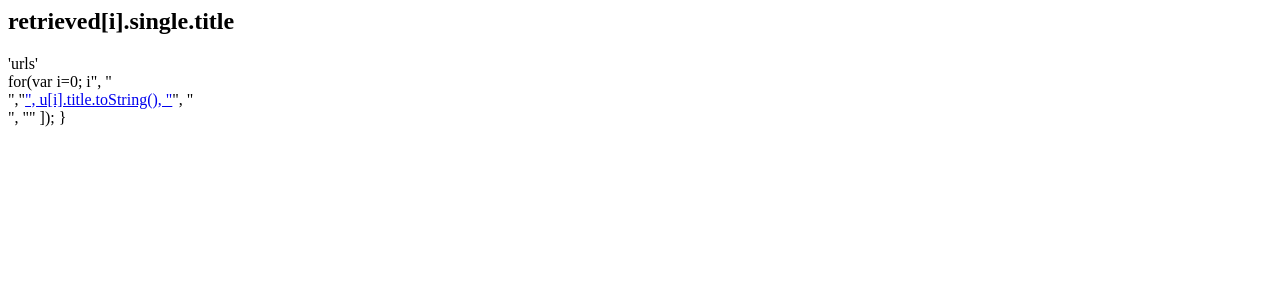
Repository: pixman92/GitTab
Page: testing.html
These files come from the project's save history. The page is drawn as it stood at one moment and after the next save; the edit follows.
The browser window is 1280 px wide. The pictures show the whole page.

Above is the page before, as saved 2020-01-29 21:42:48.

After the next save:
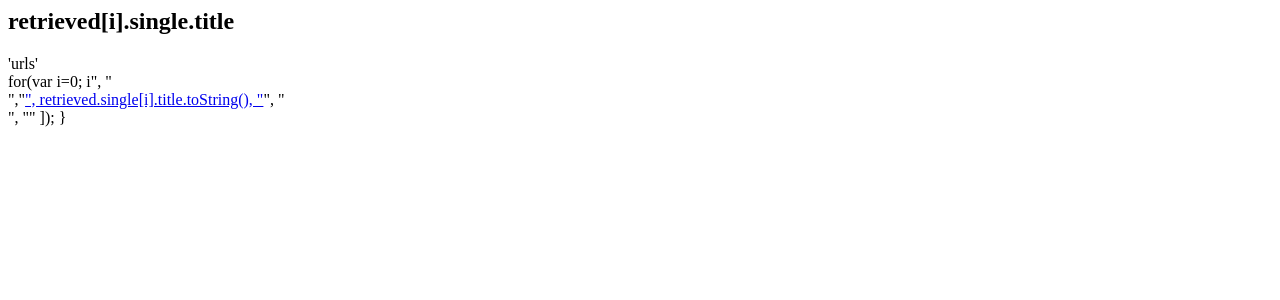
Saved 4 s later.
--- a/testing.html
+++ b/testing.html
@@ -10,5 +10,5 @@
 
 
 for(var i=0; i<retrieved.single.length; i++){
-    str+=makeStr(["<div>", "<div>","<a target='_blank'  href=\"", u[i].url.toString(), "\">", u[i].title.toString(), "</a>", "</div>", "</div>" ]);
+    str+=makeStr(["<div>", "<div>","<a target='_blank'  href=\"", retrieved.single[i].url.toString(), "\">", retrieved.single[i].title.toString(), "</a>", "</div>", "</div>" ]);
 }
